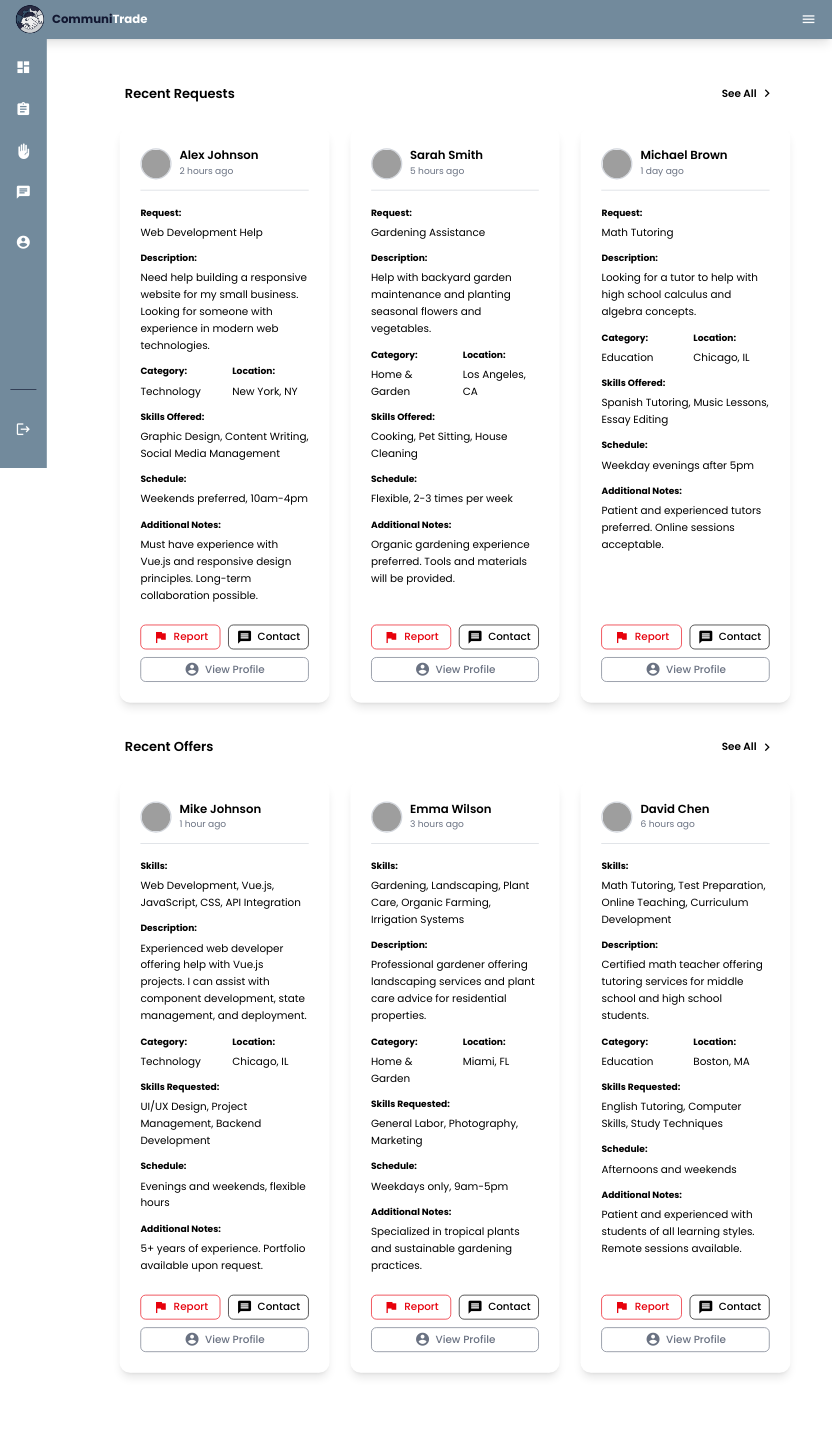
Repository: wholaanmo/communitrade_app
Page: /user/dashboard
The author's editor kept a copy of each file at every save. The page is drawn from the files as they stood at one save, then again after the next save.
The browser window is 1280 px wide. The pictures show the whole page, at 65% of full size.
Pictures or frames that could not be fetched are drawn as grey boxes. The project was rebuilt for these pictures with package versions that can differ from the ones it lists, and the page was loaded fresh each time. Some packages were replaced by stand-ins written for this rebuild. The framework's server and built-in components were replaced by stand-ins that run in the browser. Also part of the build but not shown: next.config.mjs.

Above is the page before, as saved 2025-10-29 18:58:57.

### app/layout.js
import './globals.css';

export const metadata = {
  title: 'CommuniTrade - Community-Based Trading',
  description: 'Your platform for community-based trading and sharing of skills and services without using money.',
}

export default function RootLayout({ children }) {
  return (
    <html lang="en">
      <head>
        <link href="https://fonts.googleapis.com/css2?family=Poppins:wght@300;400;500;600;700&display=swap" rel="stylesheet" />
        <link href="https://cdnjs.cloudflare.com/ajax/libs/font-awesome/6.0.0/css/all.min.css" rel="stylesheet" />
        <link href="https://fonts.googleapis.com/icon?family=Material+Icons" rel="stylesheet" />

      </head>
      <body>{children}</body>
    </html>
  )
}

### app/user/layout.js
'use client'

import { useState } from 'react'
import UserNavbar from '@/components/user/UserNavbar'
import UserSidebar from '@/components/user/UserSidebar'

export default function UserLayout({ children }) {
  const [sidebarOpen, setSidebarOpen] = useState(false)

  const toggleSidebar = () => {
    setSidebarOpen(!sidebarOpen)
  }

  return (
    <div className="user-layout min-h-screen">
      <UserNavbar toggleSidebar={toggleSidebar} />
      <div className="layout-body flex min-h-[calc(100vh-60px)] mt-[60px]">
        <UserSidebar isOpen={sidebarOpen} onToggle={setSidebarOpen} />
        <main className={`user-content flex-1 transition-all duration-500 ease-out p-8 ${
          sidebarOpen ? 'ml-[var(--sidebar-width)]' : 'ml-[calc(3.5rem+32px)]'
        }`}>
          {children}
        </main>
      </div>

      <style jsx global>{`
        :root {
          --sidebar-width: 220px; /* reduced from 280px */
        }
      `}</style>

      <style jsx>{`
        @media (max-width: 768px) {
          .user-content {
            margin-left: 0 !important;
            padding: 1rem;
          }
        }
      `}</style>
    </div>
  )
}

### app/globals.css
@import "tailwindcss";


:root {
  --primary: #121731;
  --grey: #728a9c;
  --light: #ffffff;
  --dark-alt: #555555;
}

* {
  scrollbar-width: thin;
  scrollbar-color: #728a9c #f0f0f0;
  font-family: 'Poppins', sans-serif;
}

### components/user/UserNavbar.js
'use client'

export default function Navbar({ toggleSidebar }) {
  return (
    <nav className="navbar fixed top-0 left-0 right-0 h-15 bg-[#728a9c] text-white z-50 shadow-lg">
      <div className="navbar-content flex items-center justify-between h-full px-4">
        <div className="navbar-left flex items-center">
          <div className="logo-container flex items-center gap-2">
            <img
              src="../assets/CommuniTrade.png"
              alt="CommuniTrade Logo"
              className="logo-img w-13 h-13 object-contain ml-1"
            />
            <p className="logo-text font-bold text-lg text-[#121731]">
              Communi
              <span className="logo-text1 font-bold text-lg text-white">Trade</span>
            </p>
          </div>
        </div>

        <div className="navbar-right flex items-center">
          <button
            className="hamburger-btn flex items-center justify-center w-10 h-10 rounded-full transition-all duration-300 ease-in-out text-white"
            onClick={toggleSidebar}
          >
            <span className="material-icons">menu</span>
          </button>
        </div>
      </div>

      {/* Replaced style jsx → style, no design changes */}
      <style>
        {`
          .hamburger-btn:hover {
            color: #121731;
            transform: rotate(180deg);
          }

          @media (max-width: 480px) {
            .logo-text {
              font-size: 1rem;
            }

            .logo-img {
              width: 35px;
              height: 35px;
            }
          }

          @media (max-width: 360px) {
            .logo-text {
              font-size: 0.9rem;
            }
          }
        `}
      </style>
    </nav>
  )
}

### components/user/UserSidebar.jsx
'use client'

import { useState, useEffect } from 'react'
import Link from 'next/link'
import { useRouter } from 'next/navigation'

export default function Sidebar({ isOpen, onToggle }) {
  const [is_expanded, setIsExpanded] = useState(false)
  const router = useRouter()

  useEffect(() => {
    setIsExpanded(isOpen)
  }, [isOpen])

  const handleSignOut = () => {
    console.log('Sign out clicked')
  }

  return (
    <aside className={`
      flex flex-col items-center font-['Inter']
      min-h-[calc(100vh-60px)] overflow-hidden p-4
      bg-[#728a9c] text-[#121731] transition-all duration-500 ease-out
      fixed left-0 top-[60px] z-50
      ${is_expanded ? 'w-[230px] items-start' : 'w-[calc(2.5rem+32px)] items-center'}
    `}>
      {/* Menu Items */}
      <div className={`
        menu w-full m-0 flex flex-col flex-1
        ${is_expanded ? 'items-stretch' : 'items-center'}
      `}>
        <Link href="/user/dashboard" className={`
          group button flex items-center no-underline p-4
          transition-all duration-200 ease-out rounded-lg mb-2
          hover:bg-white
          ${is_expanded ? 'justify-start' : 'justify-center w-full'}
        `}>
          <span className="material-icons text-2xl text-white transition-all duration-200 ease-out min-w-8 text-center group-hover:text-[#728a9c]">dashboard</span>
          <span className={`
            text-white transition-all duration-200 ease-out
            group-hover:text-[#728a9c]
            ${is_expanded ? 'opacity-100 w-auto pl-4' : 'opacity-0 w-0 overflow-hidden'}
          `}>Dashboard</span>
        </Link>

        <Link href="/user/request" className={`
          group button flex items-center no-underline p-4
          transition-all duration-200 ease-out rounded-lg mb-2
          hover:bg-white
          ${is_expanded ? 'justify-start' : 'justify-center w-full'}
        `}>
          <span className="material-icons text-2xl text-white transition-all duration-200 ease-out min-w-8 text-center group-hover:text-[#728a9c]">assignment</span>
          <span className={`
            text-white transition-all duration-200 ease-out
            group-hover:text-[#728a9c]
            ${is_expanded ? 'opacity-100 w-auto pl-4' : 'opacity-0 w-0 overflow-hidden'}
          `}>Requests</span>
        </Link>

        <Link href="/user/offer" className={`
          group button flex items-center no-underline p-4
          transition-all duration-200 ease-out rounded-lg mb-2
          hover:bg-white
          ${is_expanded ? 'justify-start' : 'justify-center w-full'}
        `}>
          <span className="material-icons text-2xl text-white transition-all duration-200 ease-out min-w-8 text-center group-hover:text-[#728a9c]">front_hand</span>
          <span className={`
            text-white transition-all duration-200 ease-out
            group-hover:text-[#728a9c]
            ${is_expanded ? 'opacity-100 w-auto pl-4' : 'opacity-0 w-0 overflow-hidden'}
          `}>Offers</span>
        </Link>

        <Link href="/user/message" className={`
          group button flex items-center no-underline p-4
          transition-all duration-200 ease-out rounded-lg mb-2
          hover:bg-white
          ${is_expanded ? 'justify-start' : 'justify-center w-full'}
        `}>
          <span className="material-icons text-2xl text-white transition-all duration-200 ease-out min-w-8 text-center group-hover:text-[#728a9c]">chat</span>
          <span className={`
            text-white transition-all duration-200 ease-out
            group-hover:text-[#728a9c]
            ${is_expanded ? 'opacity-100 w-auto pl-4' : 'opacity-0 w-0 overflow-hidden'}
          `}>Messages</span>
        </Link>

        <Link href="/user/account" className={`
          group button flex items-center no-underline p-4
          transition-all duration-200 ease-out rounded-lg mb-2
          hover:bg-white
          ${is_expanded ? 'justify-start' : 'justify-center w-full'}
        `}>
          <span className="material-icons text-2xl text-white transition-all duration-200 ease-out min-w-8 text-center group-hover:text-[#728a9c]">account_circle</span>
          <span className={`
            text-white transition-all duration-200 ease-out
            group-hover:text-[#728a9c]
            ${is_expanded ? 'opacity-100 w-auto pl-4' : 'opacity-0 w-0 overflow-hidden'}
          `}>My Account</span>
        </Link>
      </div>

      {/* Sign Out Button */}
      <div className="menu-bottom flex justify-center w-full mt-auto pt-4 border-t border-[#121731]">
        <button onClick={handleSignOut} className={`
          group sign-out flex items-center no-underline p-4
          transition-all duration-200 ease-out rounded-lg
          hover:bg-white bg-none border-none cursor-pointer
          ${is_expanded ? 'justify-start w-full' : 'justify-center w-full'}
        `}>
          <span className="material-icons text-2xl text-white transition-all duration-200 ease-out min-w-8 text-center group-hover:text-[#728a9c]">logout</span>
          <span className={`
            text-white transition-all duration-200 ease-out text-lg
            group-hover:text-[#728a9c]
            ${is_expanded ? 'opacity-100 w-auto pl-4' : 'opacity-0 w-0 overflow-hidden'}
          `}>Sign Out</span>
        </button>
      </div>
    </aside>
  )
}

Loaded but not shown: app/user/dashboard/page.js (787 lines, source omitted)

After the next save:
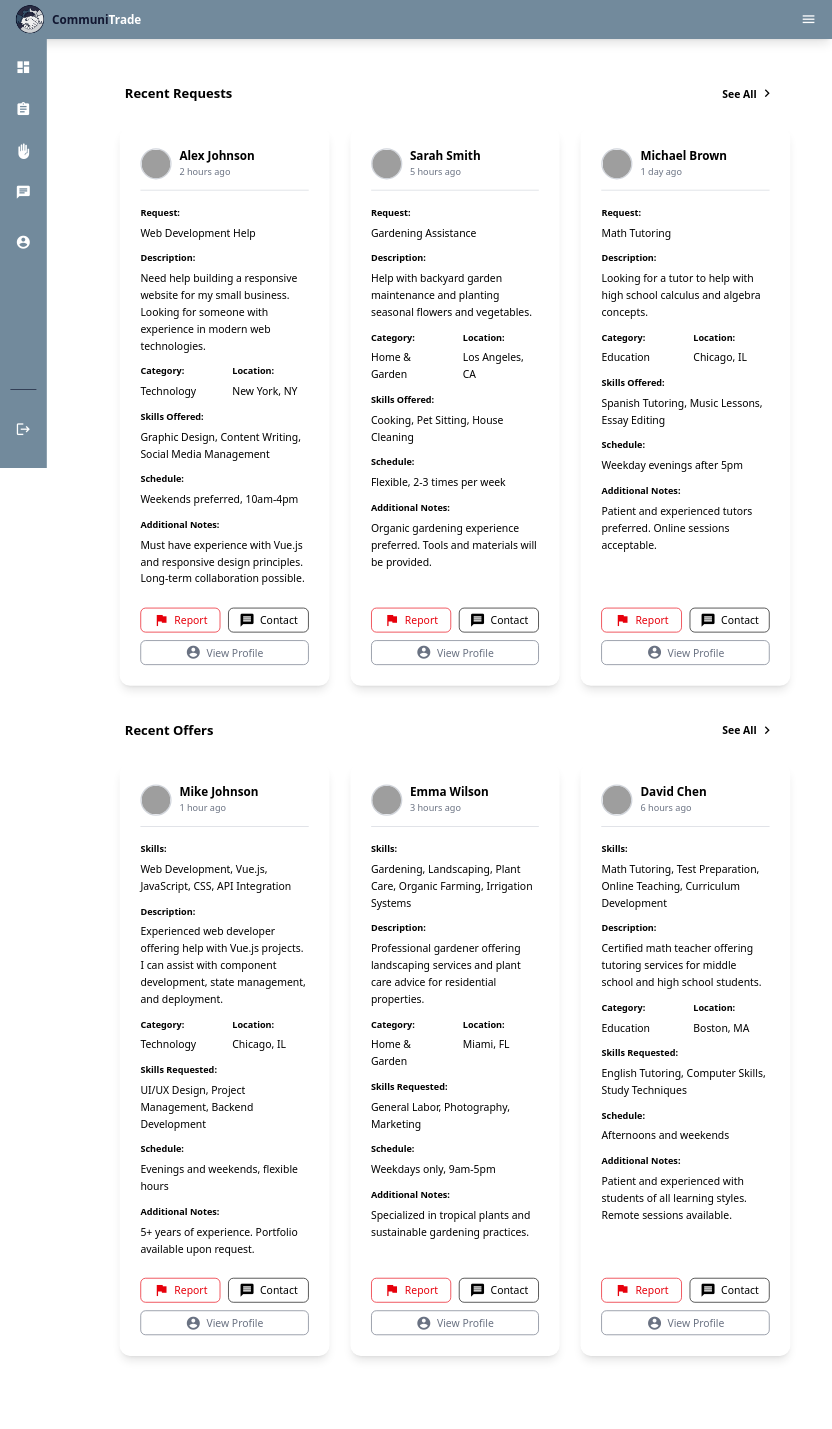
Saved 12 min 20 s later.
--- a/app/globals.css
+++ b/app/globals.css
@@ -11,5 +11,4 @@
 * {
   scrollbar-width: thin;
   scrollbar-color: #728a9c #f0f0f0;
-  font-family: 'Poppins', sans-serif;
 }

After the save that followed:
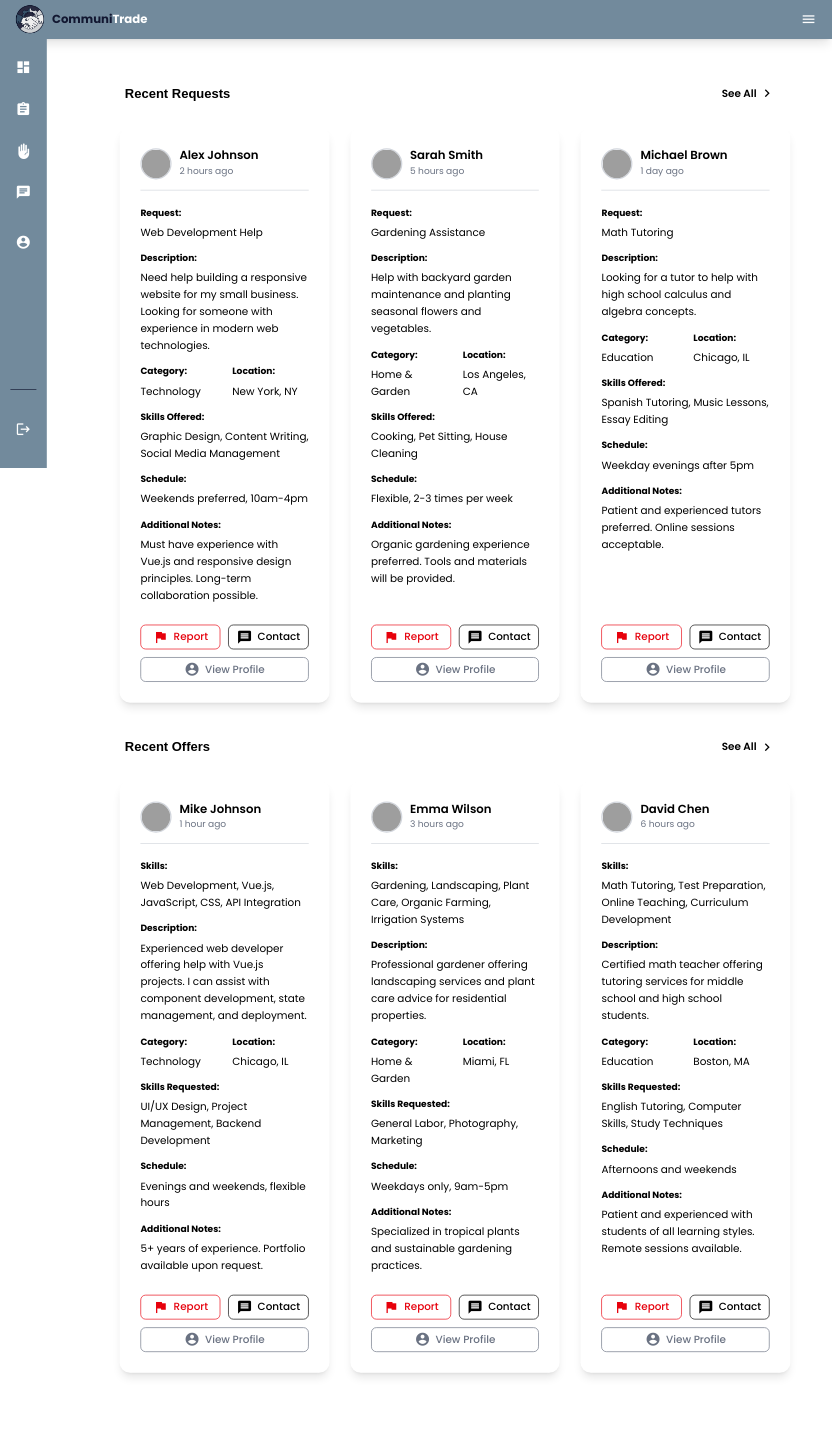
Saved 8 s later.
--- a/app/globals.css
+++ b/app/globals.css
@@ -12,3 +12,14 @@
   scrollbar-width: thin;
   scrollbar-color: #728a9c #f0f0f0;
 }
+
+body {
+  font-family: 'Poppins', sans-serif;
+  font-weight: 400;
+}
+
+/* Font for titles and headings */
+h1, h2, h3, h4, h5, h6 {
+  font-family: 'Montserrat', sans-serif;
+  font-weight: 600;
+}
